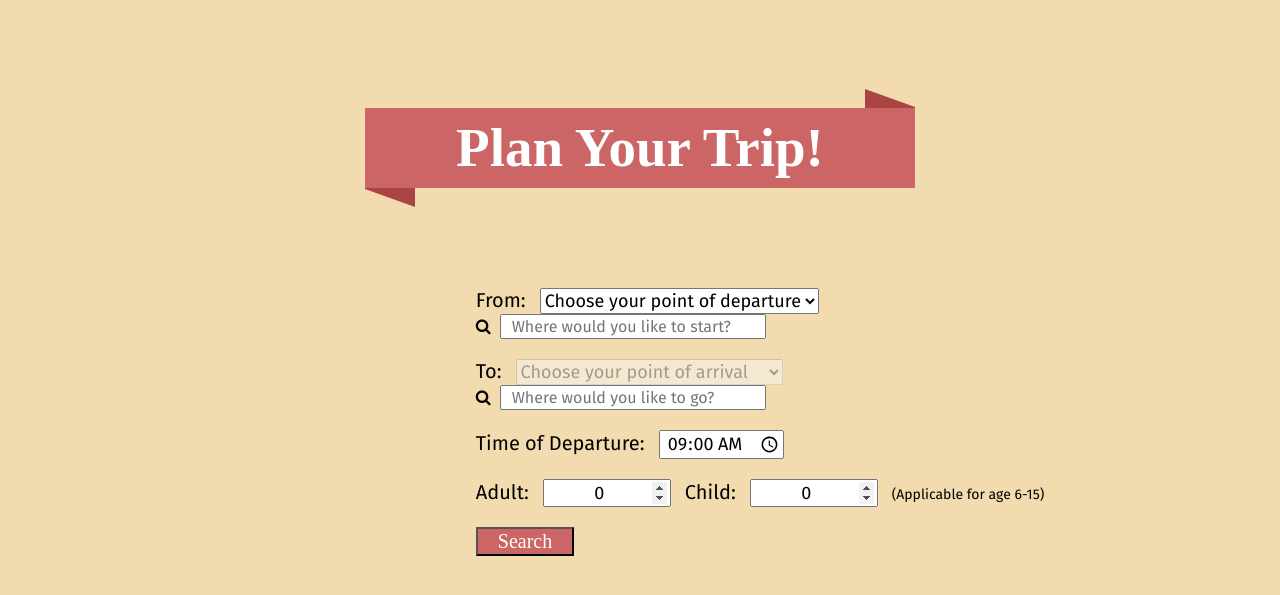
Repository: bbh0607/bae_dNation
Page: public/index.html
The author's editor kept a copy of each file at every save. The page is drawn from the files as they stood at one save, then again after a run of saves.
The browser window is 1280 px wide. The pictures show the whole page.
Some web fonts or font styles are not loaded; a fallback is used.

Above is the page before, as saved 2020-02-01 15:58:51.

### public/index.html
<!DOCTYPE html>
<html lang="en">
  <head>
    <meta charset="UTF-8" />
    <link rel="stylesheet" type="text/css" href="./css/style.css" />
    <link rel="stylesheet" href="https://fonts.googleapis.com/css?family=Fira+Sans">
    <link rel="stylesheet" href="https://cdnjs.cloudflare.com/ajax/libs/font-awesome/4.7.0/css/font-awesome.min.css">
    <script src="js/script.js"></script>
    <title>My Website</title>
  </head>
  <body>
    <h1>Plan Your Trip!</h1>
    <form action="result.html" method="POST">
      <ul>
        <li>
          <label for="from">From:</label>
          <select id="fromSelect" name="from" onchange="removeDuplicate(this)" required>
            <option value="DEFAULT" selected disabled hidden>Choose your point of departure</option>
            <option value="KLIA">KLIA (KL International Airport)</option>
            <option value="KLIA2">KLIA2 (Airport Terminal 2)</option>
            <option value="SENTRAL">KL Sentral</option>
            <option value="OTHER">Other..</option>
          </select>
          <div class="fromSearch" >
            <i class="fa fa-search icon"></i>
            <input type="text" name="search" placeholder="Where would you like to start?">
          </div>
        </li>
        <li>
          <label for="to">To:</label>
          <select id="toSelect" name="to" onchange="removeDuplicate(this)" disabled required>
            <option value="DEFAULT" selected disabled hidden>Choose your point of arrival</option>
            <option value="KLIA">KLIA (KL International Airport)</option>
            <option value="KLIA2">KLIA2 (Airport Terminal 2)</option>
            <option value="SENTRAL">KL Sentral</option>
            <option value="OTHER">Other..</option>
          </select>
          <div class="toSearch" >
            <i class="fa fa-search icon"></i>
            <input type="text" name="search" placeholder="Where would you like to go?">
          </div>
        </li>
        <li>
          <label for="deptime">Time of Departure:</label>
          <input type="time" id="deptime" name="deptime" value="09:00" required>
        </li>
        <li>
          <label for="adult">Adult:</label>
          <input type="number" id="adult" name="adult" value="0" min='0' required>
          <label for="child">Child:</label>
          <input type="number" id="child" name="child" value="0" min='0' required>
          <small>(Applicable for age 6-15)</small>
        </li>
        <li>
          <input type="submit" value="Search">
        </li>
      </ul>
    </form a>
  </body>
</html>

### public/css/style.css
/* body {
  background-color: aquamarine;
} */

@import url(https://fonts.googleapis.com/css?family=Patua+One);

body {
  background-color:#F2DBAE;
  align-content: center;
}

h1 {
  background-color:#c66;
  width:550px; height:80px;
  line-height:80px;
  font-size:55px;
  text-align:center;
  position:relative;
  margin:100px auto;
  font-family: 'Patua One', cursive;
  color:#fff;
  }

h1:before, h1:after {
  background-color:#a44;
  width:50px; height:80px;
  content:'';
  display:block;
  transform:skewY(20deg);
  position:absolute;
  z-index:-1;
}

h1:before {top:10px; left:0; }
h1:after {top:-10px; right:0; }

label {
  font-size: 20px;
  font-family: "Fira Sans", sans-serif;
  margin-right: 10px;
}

ul {
  list-style-type: none;
  justify-self: center;
  margin-left: 200px;
}

li {
  margin-top: 20px;
}

select {
  font-family: "Fira Sans", sans-serif;
  font-size: 18px;
  margin-right: 10px;
}

input[type="submit"]{
  background-color: #c66;
  color: #fff;
  font-size: 20px;
  font-family: 'Patua One', cursive;
  padding-left: 20px;
  padding-right: 20px;
}

input[type="time"], input[type="number"]{
  width: 120px;
  text-align: center;
  font-family: "Fira Sans", sans-serif;
  font-size: 18px;
  margin-right: 10px;
}

input[type="text"] {
  width: 250px;
  font-family: "Fira Sans", sans-serif;
  font-size: 16px;
  margin-right: 10px;
  padding-left: 10px;
}

small {
  font-family: "Fira Sans", sans-serif;
  font-size: 14px;
}

input[type='number']::-webkit-inner-spin-button,
input[type='number']::-webkit-outer-spin-button {
    opacity: 1;
}

input[type='time']::-webkit-inner-spin-button,
input[type='time']::-webkit-outer-spin-button {
    opacity: 1;
}

.icon{
  margin-right: 5px;
}

### public/js/script.js
function removeDuplicate(element) {
    const changedId = element.id;
    const comparisonId = changedId == 'fromSelect'? 'toSelect': 'fromSelect';
    const changed = document.getElementById(changedId);
    const compare = document.getElementById(comparisonId);

    if (
      changed.options[changed.selectedIndex].value ===
      compare.options[compare.selectedIndex].value
    ) compare.value="DEFAULT"

    document.getElementById(comparisonId).disabled = false;
}

After the next 4 saves:
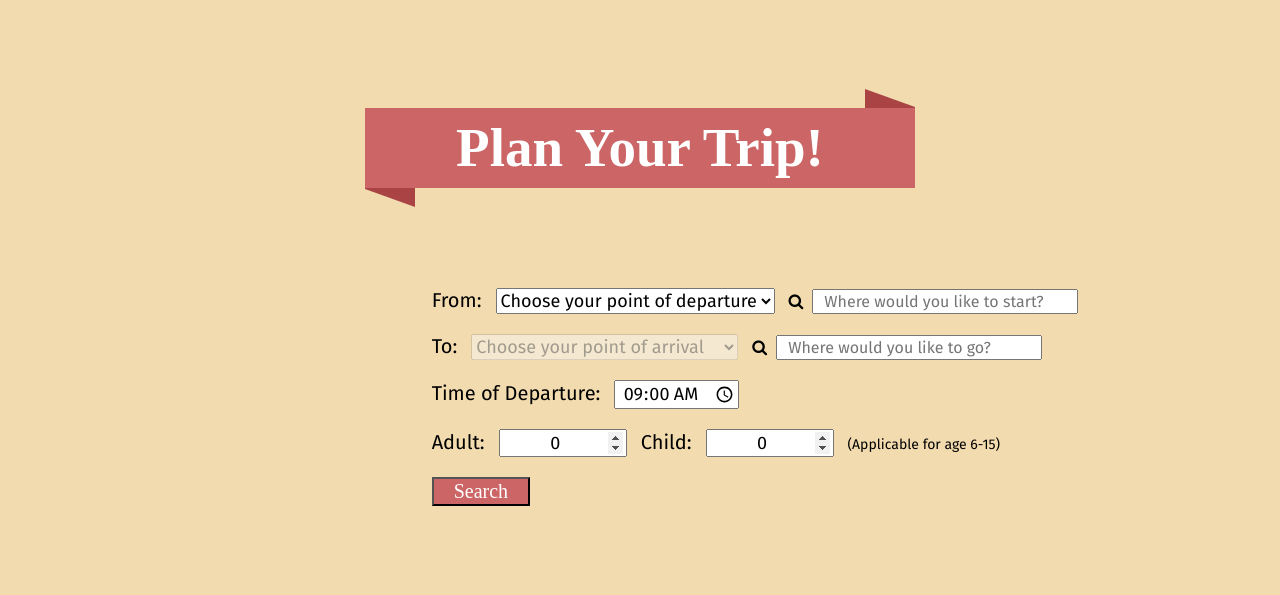
The 4 saves are shown as one change because they came seconds apart.
The last was saved 2 min 5 s later.
--- a/public/index.html
+++ b/public/index.html
@@ -21,10 +21,10 @@
             <option value="SENTRAL">KL Sentral</option>
             <option value="OTHER">Other..</option>
           </select>
-          <div class="fromSearch" >
+          <span class="fromSearch" >
             <i class="fa fa-search icon"></i>
             <input type="text" name="search" placeholder="Where would you like to start?">
-          </div>
+          </span>
         </li>
         <li>
           <label for="to">To:</label>
@@ -35,10 +35,10 @@
             <option value="SENTRAL">KL Sentral</option>
             <option value="OTHER">Other..</option>
           </select>
-          <div class="toSearch" >
+          <span class="toSearch" >
             <i class="fa fa-search icon"></i>
             <input type="text" name="search" placeholder="Where would you like to go?">
-          </div>
+          </span>
         </li>
         <li>
           <label for="deptime">Time of Departure:</label>
